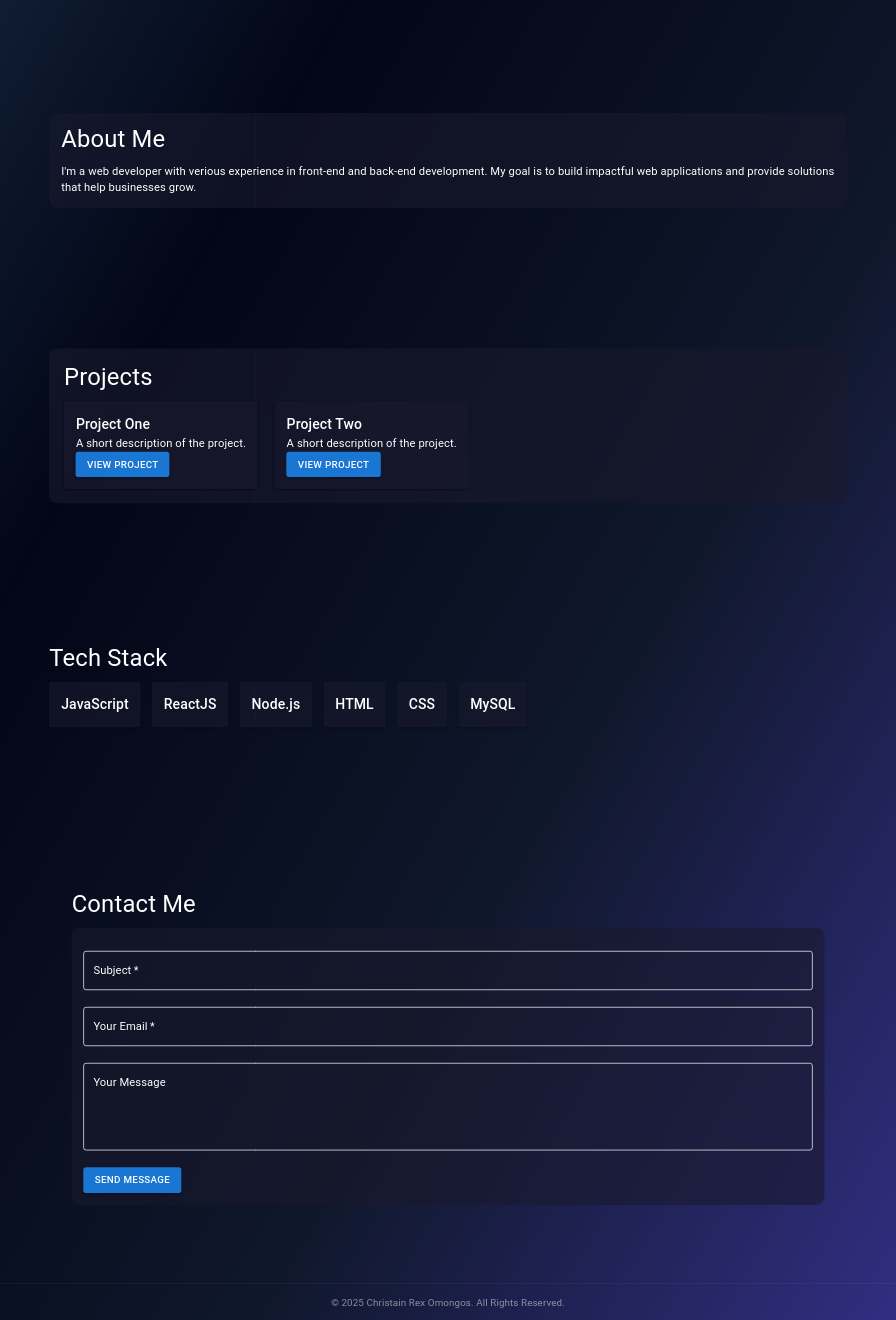
Repository: mikeshadowcoder/myWeb
Page: /
The author's editor kept a copy of each file at every save. The page is drawn from the files as they stood at one save, then again after the next save.
The browser window is 1280 px wide. The pictures show the part of the page from y = 759 to 2679 px (the page is 2645 px tall before and 2679 px after), at 70% of full size.
The project was rebuilt for these pictures with package versions that can differ from the ones it lists, and the page was loaded fresh each time.

Above is the page before, as saved 2026-01-21 22:56:19.

After the next save:
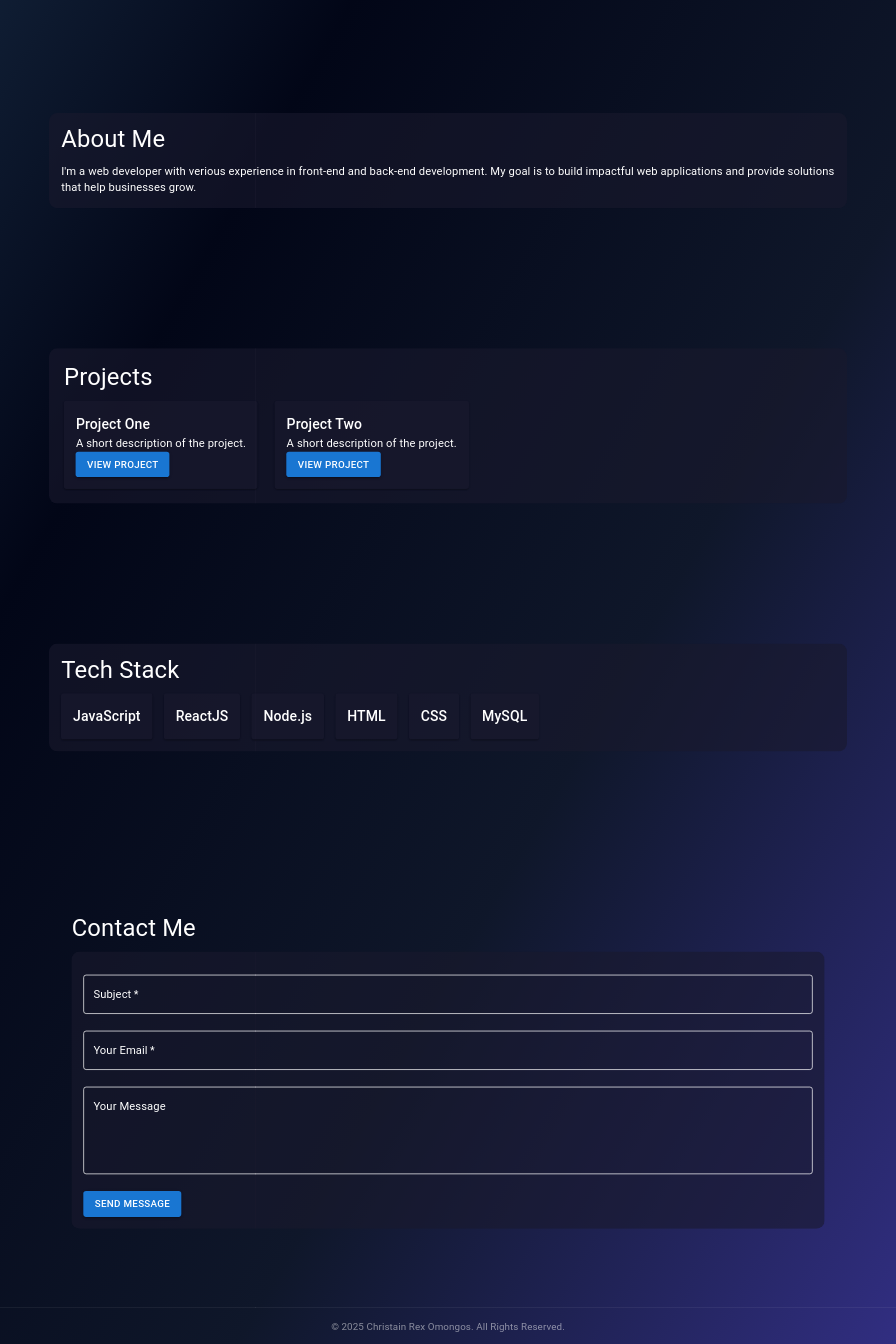
Saved 84 s later.
--- a/src/components/Skills.js
+++ b/src/components/Skills.js
@@ -6,7 +6,7 @@
   const skills = ['JavaScript', 'ReactJS', 'Node.js', 'HTML', 'CSS', 'MySQL'];
 
   return (
-    <Box sx={{ mt: 25, width: "100%", }}>
+    <Box className="box-container" sx={{ mt: 25, width: "100%", }}>
       <Typography variant="h4" gutterBottom >Tech Stack</Typography>
       <Box> {/* REDUNDANT might remove later*/}
       <Grid2 container spacing={2} >
